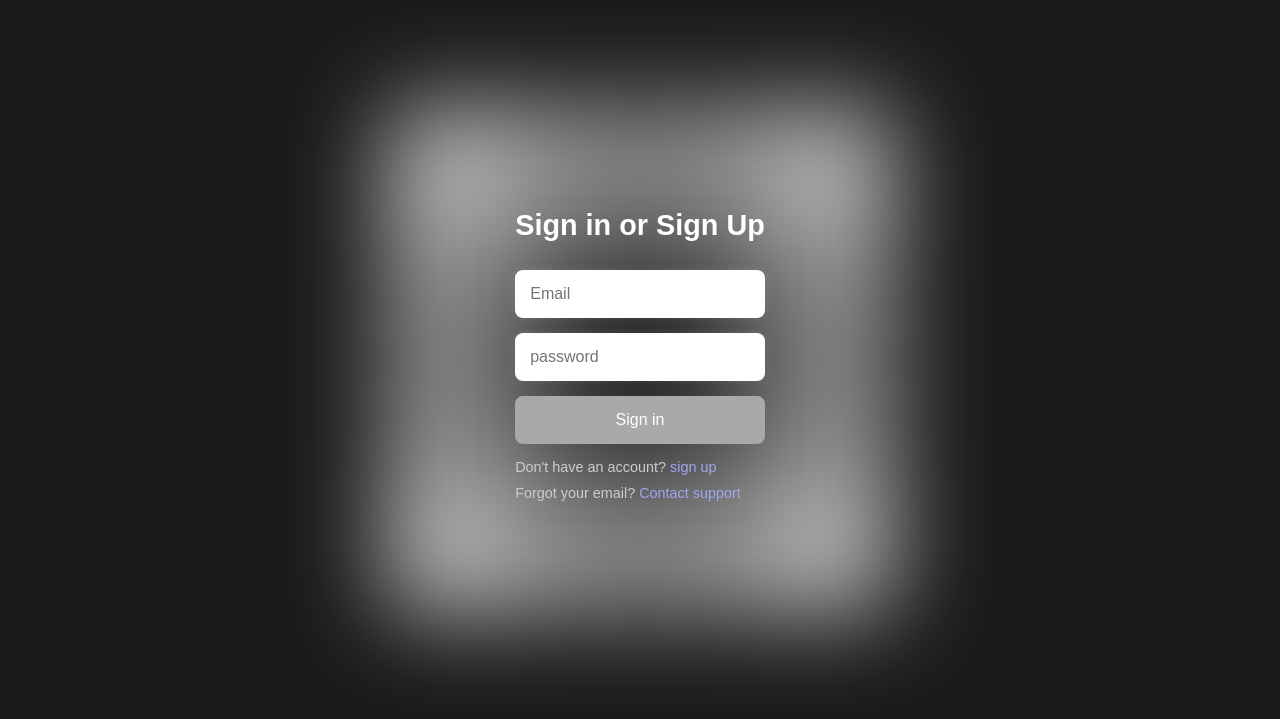
Repository: cmd-keyu/mobileppsh
Page: pages/login.html
The author's editor kept a copy of each file at every save. The page is drawn from the files as they stood at one save, then again after the next save.
The browser window is 1280 px wide. The pictures show the whole page.

Above is the page before, as saved 2024-11-12 00:21:25.

After the next save:
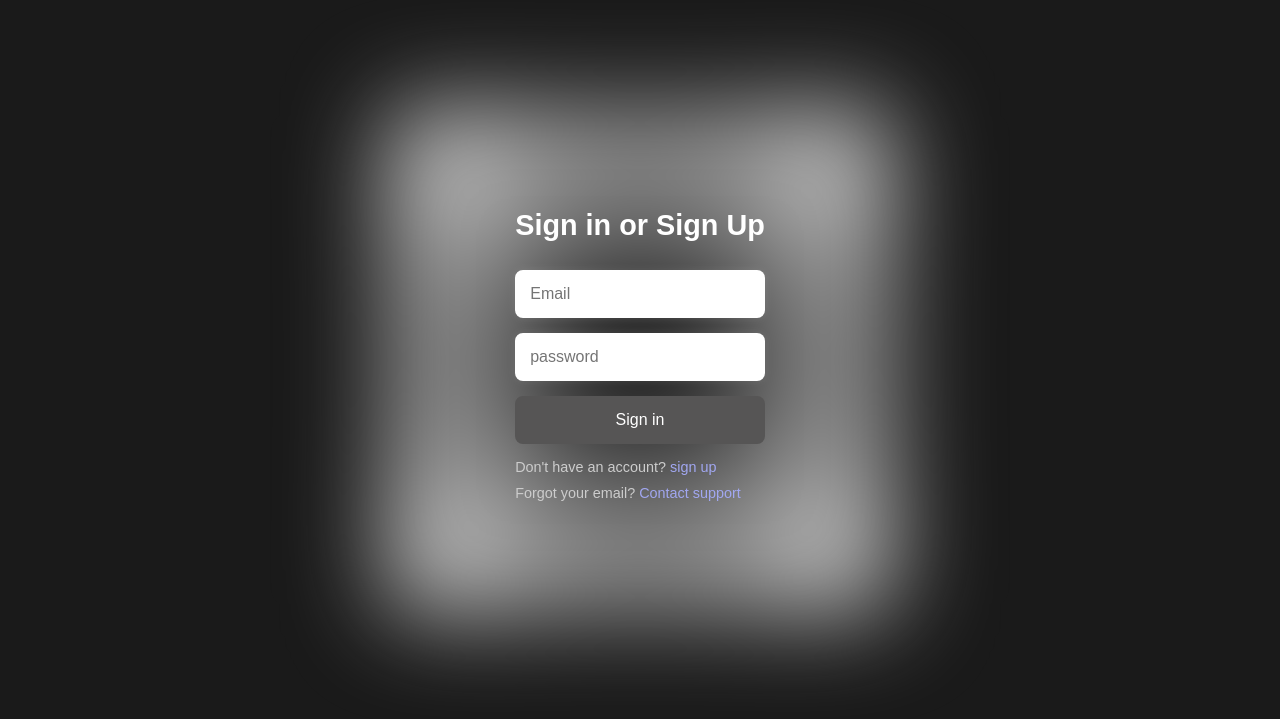
Saved 20 s later.
--- a/css/login.css
+++ b/css/login.css
@@ -88,7 +88,7 @@
   button {
     padding: 15px;
     font-size: 1em;
-    background-color: darkgray;
+    background-color: rgb(86, 85, 85);
     color: #fff;
     border: none;
     border-radius: 8px;
